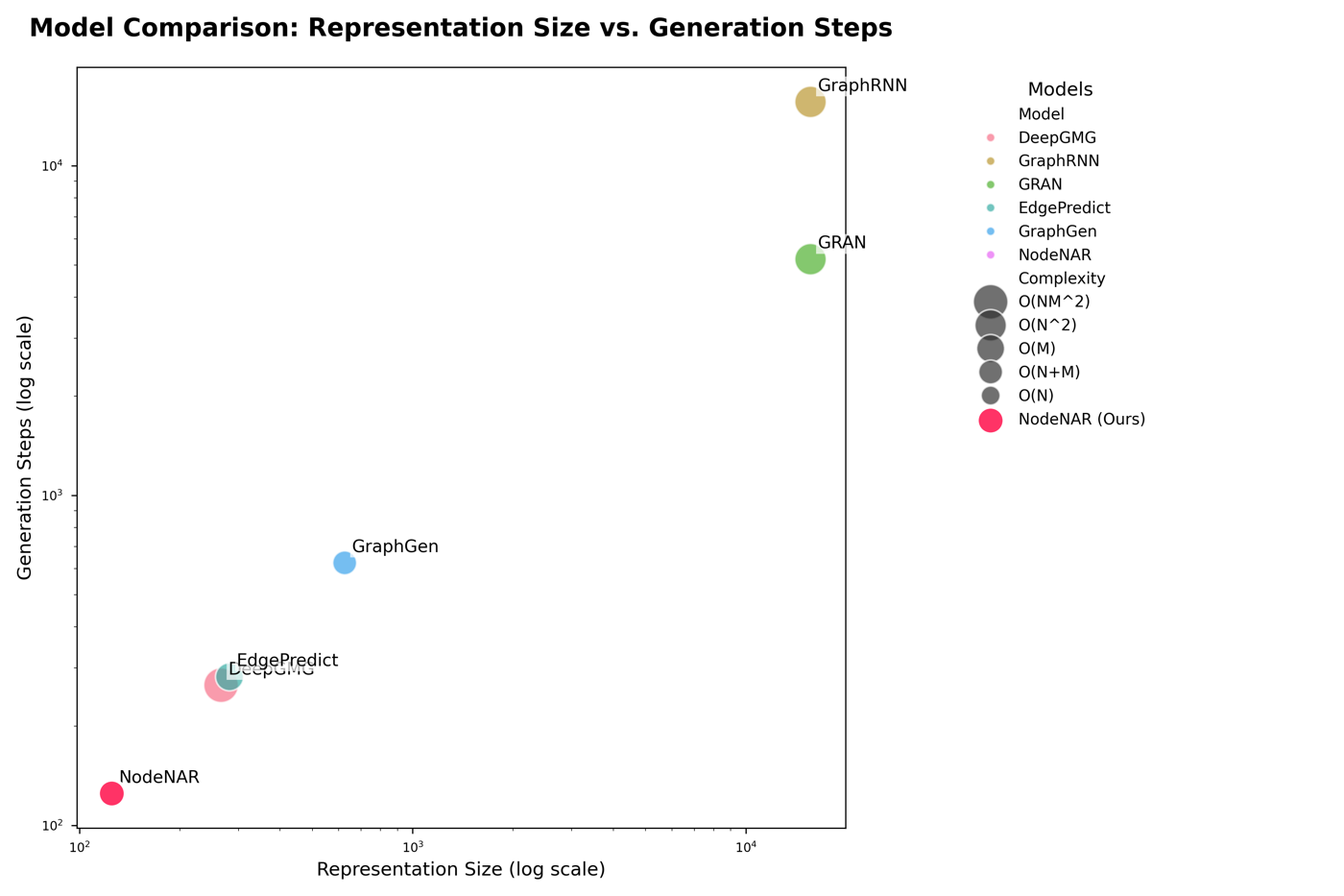
Repository: ChloeKiwi/dgae_related_all
Script's output: python fork-main/plot.py
The author's editor kept a copy of each file at every save. The script's output is drawn from the files as they stood at one save, then again after a run of saves.
The pictures are shown at 96% of full size.
Figures wider than 1,400 px are first shrunk to that width. Random numbers start from a fixed seed.

Above is the script's output before, as saved 2025-02-24 17:33:51.

### fork-main/plot.py
import matplotlib.pyplot as plt
import seaborn as sns
import pandas as pd

# 数据准备
data = {
    "Model": ["DeepGMG", "GraphRNN", "GRAN","EdgePredict", "GraphGen", "NodeNAR"],
    "Representation Size": [266, 15625, 15625, 282, 625, 125],  # 表示大小
    "Generation Steps": [266, 15625, 5208, 282, 625, 125],     # 生成步骤
    "Complexity": ["O(NM^2)", "O(N^2)", "O(N^2)","O(M)", "O(N+M)", "O(N)"]  # 复杂度
}

# 转换为 DataFrame
df = pd.DataFrame(data)

# 设置整体风格和颜色
plt.style.use('seaborn-v0_8-paper')  # 使用更专业的风格
sns.set_palette("husl")  # 使用更鲜明的颜色方案

# 创建图形，设置更大的尺寸和更高的DPI
plt.figure(figsize=(12, 8), dpi=300)

# 创建散点图，使用更优雅的参数
scatter = sns.scatterplot(
    x="Representation Size",
    y="Generation Steps",
    hue="Model",
    size="Complexity",
    sizes=(150, 500),  # 增加点的大小范围
    alpha=0.7,  # 添加透明度
    data=df
)

# 突出显示 NodeNAR，使用更醒目的样式
node_nar = df[df["Model"] == "NodeNAR"]
plt.scatter(
    node_nar["Representation Size"],
    node_nar["Generation Steps"],
    color="#FF3366",  # 使用更醒目的红色
    s=300,  # 增大点的大小
    label="NodeNAR (Ours)",
    edgecolor="white",  # 白色边框更显眼
    linewidth=2,
    zorder=5  # 确保显示在最上层
)

# 优化标签位置和样式
for i, row in df.iterrows():
    x_offset = row["Representation Size"] * 0.05  # 动态计算偏移量
    y_offset = row["Generation Steps"] * 0.05
    plt.text(
        row["Representation Size"] + x_offset,
        row["Generation Steps"] + y_offset,
        row["Model"],
        fontsize=11,
        ha="left",
        va="bottom",
        bbox=dict(facecolor='white', edgecolor='none', alpha=0.7, pad=1)  # 添加文本背景
    )

# 设置更专业的标题和标签
plt.title("Model Comparison: Representation Size vs. Generation Steps",
          fontsize=16, pad=20, fontweight='bold')
plt.xlabel("Representation Size (log scale)", fontsize=12)
plt.ylabel("Generation Steps (log scale)", fontsize=12)

# 设置对数刻度
plt.xscale('log')
plt.yscale('log')

# 优化图例
plt.legend(title="Models",
          title_fontsize=12,
          fontsize=10,
          bbox_to_anchor=(1.15, 1),
          loc='upper left',
          frameon=True,
          edgecolor='none')

# 调整布局和边距
plt.tight_layout(rect=[0, 0, 0.9, 1])  # 为图例留出空间

# 保存图片，设置更高质量
plt.savefig('rep.pdf', dpi=300, bbox_inches='tight')

plt.show()

After the next 2 saves:
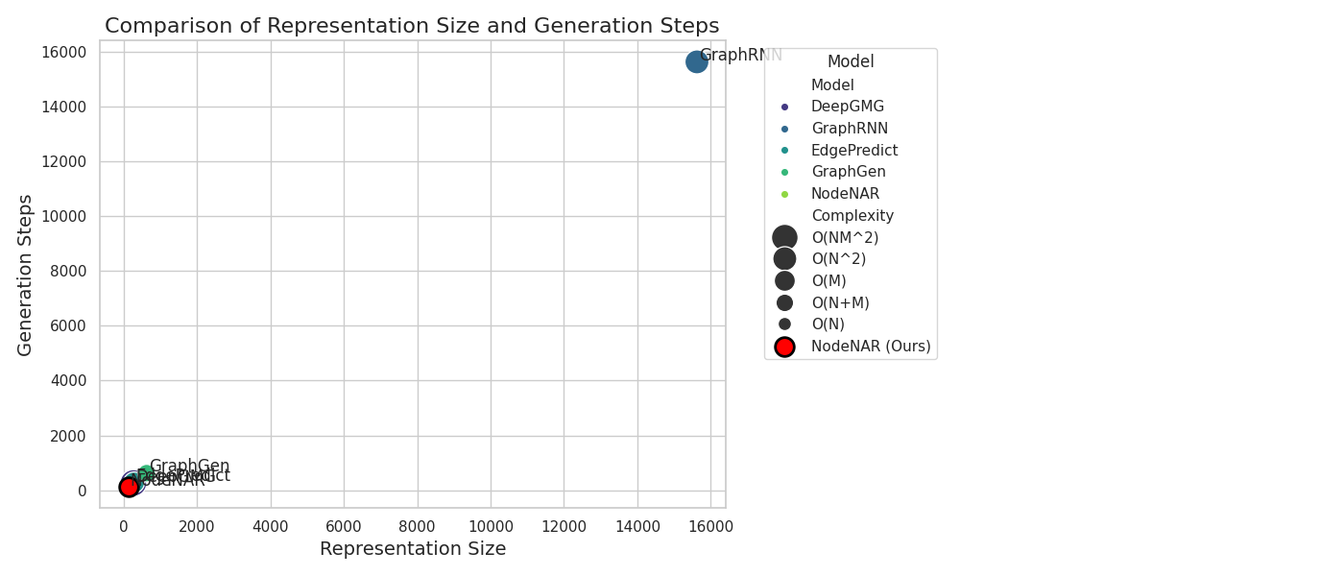
The 2 saves are shown as one change because they came seconds apart.
The last was saved 7 min 15 s later.
--- a/fork-main/plot.py
+++ b/fork-main/plot.py
@@ -4,83 +4,63 @@ import pandas as pd
 
 # 数据准备
 data = {
-    "Model": ["DeepGMG", "GraphRNN", "GRAN","EdgePredict", "GraphGen", "NodeNAR"],
-    "Representation Size": [266, 15625, 15625, 282, 625, 125],  # 表示大小
-    "Generation Steps": [266, 15625, 5208, 282, 625, 125],     # 生成步骤
-    "Complexity": ["O(NM^2)", "O(N^2)", "O(N^2)","O(M)", "O(N+M)", "O(N)"]  # 复杂度
+    "Model": ["DeepGMG", "GraphRNN", "EdgePredict", "GraphGen", "NodeNAR"],
+    "Representation Size": [266, 15625, 282, 625, 125],  # 表示大小
+    "Generation Steps": [266, 15625, 282, 625, 125],     # 生成步骤
+    "Complexity": ["O(NM^2)", "O(N^2)", "O(M)", "O(N+M)", "O(N)"]  # 复杂度
 }
 
 # 转换为 DataFrame
 df = pd.DataFrame(data)
 
-# 设置整体风格和颜色
-plt.style.use('seaborn-v0_8-paper')  # 使用更专业的风格
-sns.set_palette("husl")  # 使用更鲜明的颜色方案
+# 设置 Seaborn 风格
+sns.set(style="whitegrid")
 
-# 创建图形，设置更大的尺寸和更高的DPI
-plt.figure(figsize=(12, 8), dpi=300)
-
-# 创建散点图，使用更优雅的参数
+# 创建散点图
+plt.figure(figsize=(10, 6))
 scatter = sns.scatterplot(
     x="Representation Size",
     y="Generation Steps",
     hue="Model",
-    size="Complexity",
-    sizes=(150, 500),  # 增加点的大小范围
-    alpha=0.7,  # 添加透明度
+    size="Complexity",  # 用点的大小表示复杂度
+    sizes=(100, 400),  # 点的大小范围
+    palette="viridis",  # 颜色方案
     data=df
 )
 
-# 突出显示 NodeNAR，使用更醒目的样式
+# 突出显示 NodeNAR
 node_nar = df[df["Model"] == "NodeNAR"]
 plt.scatter(
     node_nar["Representation Size"],
     node_nar["Generation Steps"],
-    color="#FF3366",  # 使用更醒目的红色
-    s=300,  # 增大点的大小
+    color="red",
+    s=200,  # 点的大小
     label="NodeNAR (Ours)",
-    edgecolor="white",  # 白色边框更显眼
-    linewidth=2,
-    zorder=5  # 确保显示在最上层
+    edgecolor="black",
+    linewidth=2
 )
 
-# 优化标签位置和样式
+# 添加标签
 for i, row in df.iterrows():
-    x_offset = row["Representation Size"] * 0.05  # 动态计算偏移量
-    y_offset = row["Generation Steps"] * 0.05
     plt.text(
-        row["Representation Size"] + x_offset,
-        row["Generation Steps"] + y_offset,
+        row["Representation Size"] + 50,  # X 轴偏移
+        row["Generation Steps"] + 50,     # Y 轴偏移
         row["Model"],
-        fontsize=11,
-        ha="left",
-        va="bottom",
-        bbox=dict(facecolor='white', edgecolor='none', alpha=0.7, pad=1)  # 添加文本背景
+        fontsize=12,
+        ha="left"
     )
 
-# 设置更专业的标题和标签
-plt.title("Model Comparison: Representation Size vs. Generation Steps",
-          fontsize=16, pad=20, fontweight='bold')
-plt.xlabel("Representation Size (log scale)", fontsize=12)
-plt.ylabel("Generation Steps (log scale)", fontsize=12)
+# 设置标题和标签
+plt.title("Comparison of Representation Size and Generation Steps", fontsize=16)
+plt.xlabel("Representation Size", fontsize=14)
+plt.ylabel("Generation Steps", fontsize=14)
 
-# 设置对数刻度
-plt.xscale('log')
-plt.yscale('log')
+# 显示图例
+plt.legend(title="Model", bbox_to_anchor=(1.05, 1), loc='upper left')
 
-# 优化图例
-plt.legend(title="Models",
-          title_fontsize=12,
-          fontsize=10,
-          bbox_to_anchor=(1.15, 1),
-          loc='upper left',
-          frameon=True,
-          edgecolor='none')
+# 显示图表
+plt.tight_layout()
 
-# 调整布局和边距
-plt.tight_layout(rect=[0, 0, 0.9, 1])  # 为图例留出空间
-
-# 保存图片，设置更高质量
-plt.savefig('rep.pdf', dpi=300, bbox_inches='tight')
+plt.savefig('rep.pdf')
 
 plt.show()
